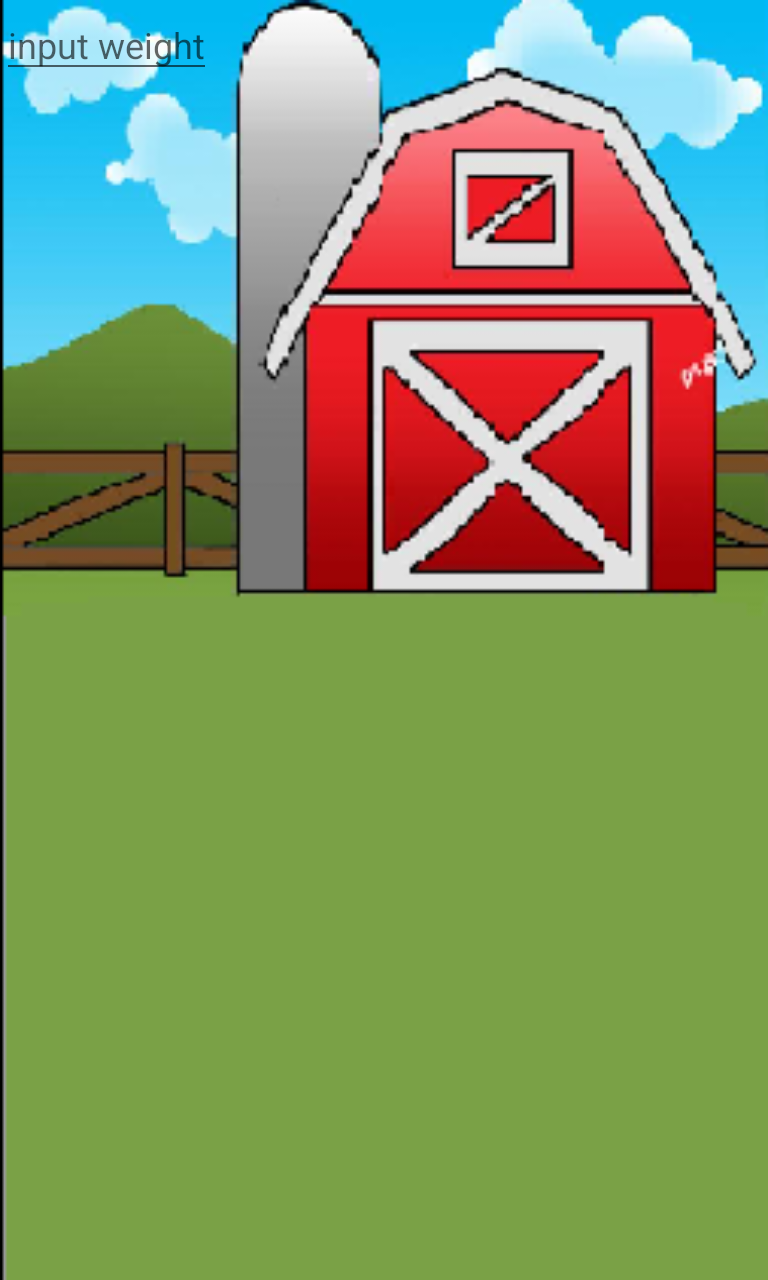
Repository: jdmielke/AnimalApp
Layout: AWEA/res/layout/activity_main.xml
These files come from the project's save history. The layout is drawn as it stood at one moment and after a run of saves; the edit follows.
It is drawn on a 768 x 1280 px phone screen (xhdpi) without system bars, with theme AppTheme; the app's code is not run.

Above is the layout before, as saved 2014-10-15 23:07:50.

### AWEA/res/layout/activity_main.xml
<LinearLayout xmlns:android="http://schemas.android.com/apk/res/android"
	    xmlns:tools="http://schemas.android.com/tools"
	    android:layout_width="match_parent"
	    android:layout_height="match_parent"
	    android:orientation="horizontal"
	    android:background="@drawable/app_background">




<EditText android:id="@+id/edit_message"
        android:layout_width="wrap_content"
        android:layout_height="wrap_content"
        android:hint="@string/edit_message" />



</LinearLayout>

### AWEA/res/values/strings.xml
<?xml version="1.0" encoding="utf-8"?>
<resources>

    <string name="app_name">AWEA</string>
    <string name="action_settings">Settings</string>
    <string name="edit_message">input weight</string>

</resources>

Loaded but not shown: AWEA/res/values/styles.xml (common file); AWEA/res/values-v11/styles.xml (common file); AWEA/res/values-v14/styles.xml (common file); AWEA/res/values/dimens.xml (common file); AWEA/res/values-w820dp/dimens.xml (common file)

After the next 2 saves:
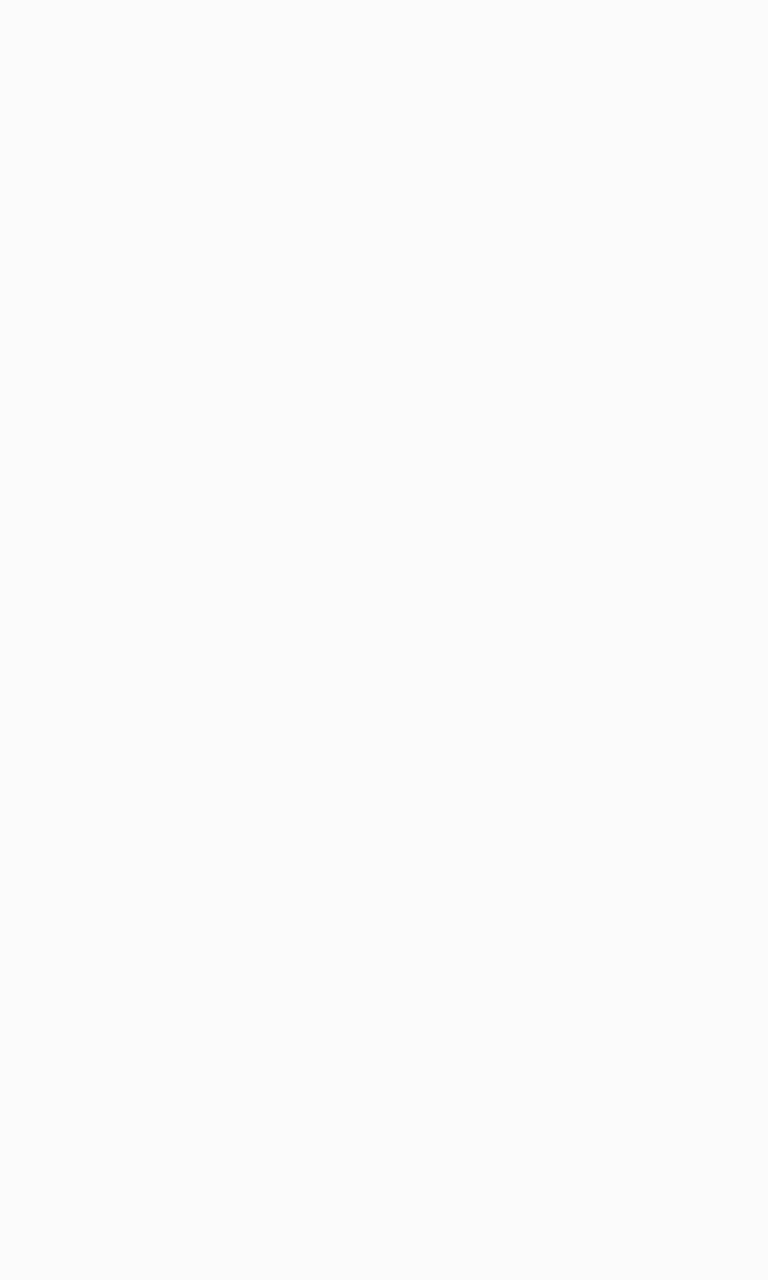
The 2 saves are shown as one change because 1 did not build or start.
The last was saved 4 min 16 s later.
--- a/AWEA/res/layout/activity_main.xml
+++ b/AWEA/res/layout/activity_main.xml
@@ -1,18 +1,13 @@
-<LinearLayout xmlns:android="http://schemas.android.com/apk/res/android"
-	    xmlns:tools="http://schemas.android.com/tools"
-	    android:layout_width="match_parent"
-	    android:layout_height="match_parent"
-	    android:orientation="horizontal"
-	    android:background="@drawable/app_background">
+<RelativeLayout xmlns:android="http://schemas.android.com/apk/res/android"
+    xmlns:tools="http://schemas.android.com/tools"
+    android:layout_width="match_parent"
+    android:layout_height="match_parent"
+    android:paddingBottom="@dimen/activity_vertical_margin"
+    android:paddingLeft="@dimen/activity_horizontal_margin"
+    android:paddingRight="@dimen/activity_horizontal_margin"
+    android:paddingTop="@dimen/activity_vertical_margin"
+    tools:context="com.example.awea.MainActivity" >
 
 
 
-
-<EditText android:id="@+id/edit_message"
-        android:layout_width="wrap_content"
-        android:layout_height="wrap_content"
-        android:hint="@string/edit_message" />
-
-
-
-</LinearLayout>
+</RelativeLayout>

After the save that followed:
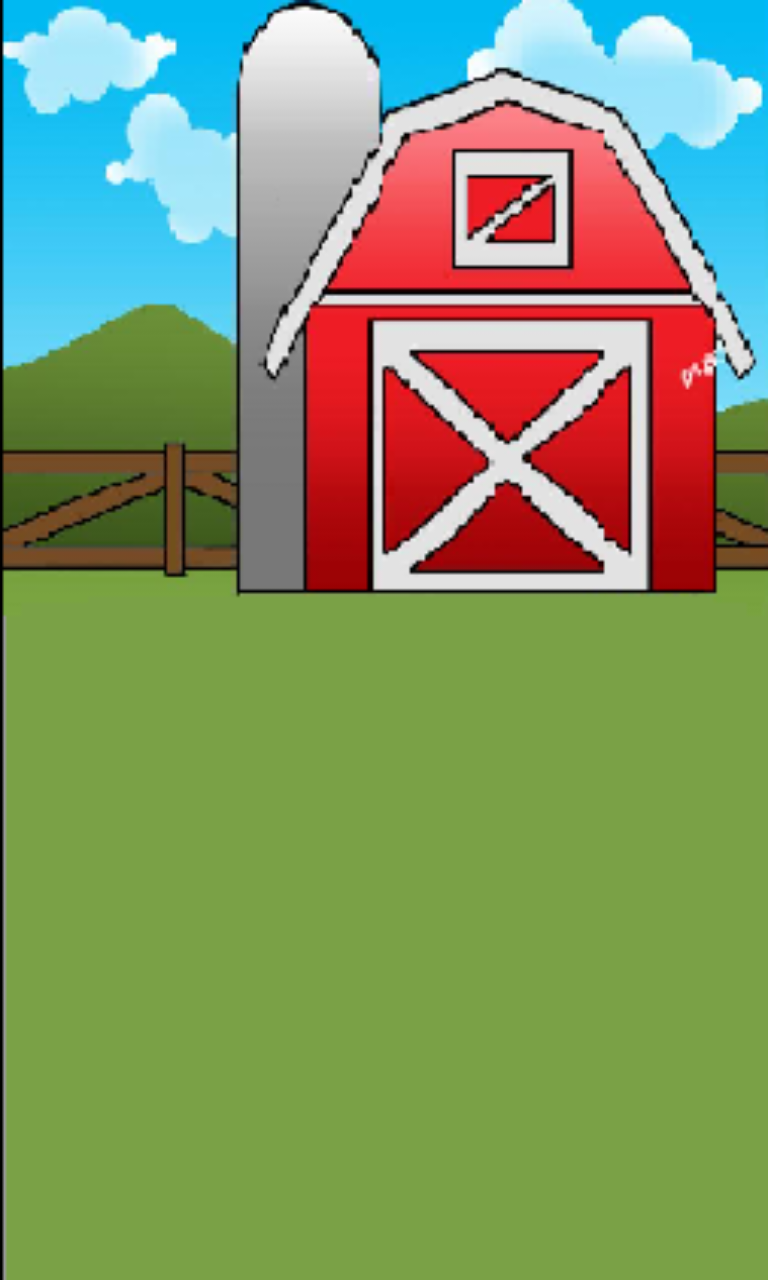
Saved 33 s later.
--- a/AWEA/res/layout/activity_main.xml
+++ b/AWEA/res/layout/activity_main.xml
@@ -6,7 +6,10 @@
     android:paddingLeft="@dimen/activity_horizontal_margin"
     android:paddingRight="@dimen/activity_horizontal_margin"
     android:paddingTop="@dimen/activity_vertical_margin"
-    tools:context="com.example.awea.MainActivity" >
+    tools:context="com.example.awea.MainActivity"
+    android:background="@drawable/app_background">
+
+
 
 
 
